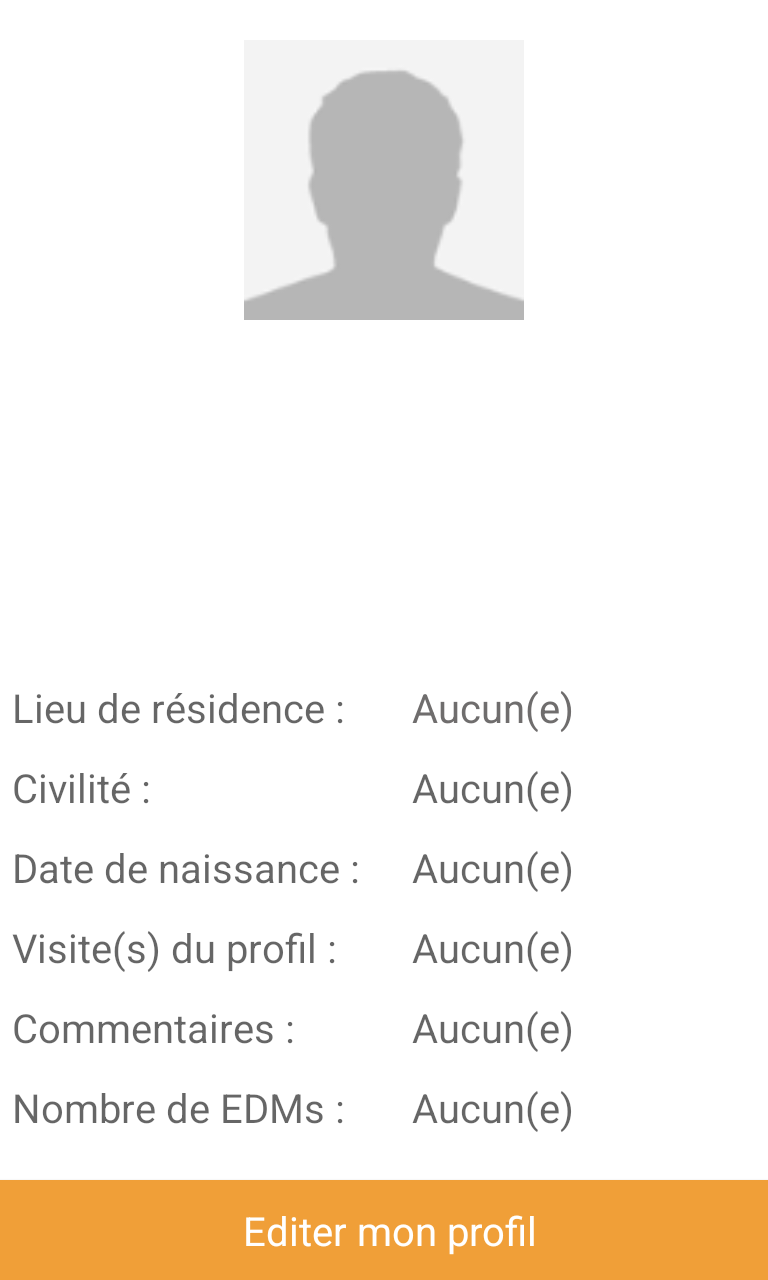
Repository: pierrealexvezinet/excusedemerde
Layout: edm/res/layout/account_fragment.xml
An editor plug-in stored every save of this project. The layout is shown before and after the next save, followed by the edit.
It is drawn on a 768 x 1280 px phone screen (xhdpi) without system bars, with theme Theme.AppCompat.Light; the app's code is not run.

Above is the layout before, as saved 2014-02-15 18:32:22.

### edm/res/layout/account_fragment.xml
<?xml version="1.0" encoding="utf-8"?>


    <RelativeLayout xmlns:android="http://schemas.android.com/apk/res/android"
        android:id="@+id/llt_login"
        android:layout_width="wrap_content"
        android:layout_height="wrap_content"
        android:layout_gravity="center"
        android:layout_marginTop="0dp"
        android:background="@color/white"
        android:orientation="vertical"
        android:scrollbars="none" >

        <RelativeLayout
            android:id="@+id/llt_photo"
            android:layout_width="match_parent"
            android:layout_height="wrap_content"
            android:layout_marginTop="0dp"
            android:background="@color/white"
            android:orientation="vertical" >

            <ImageView
                android:id="@+id/imgv_user_photo"
                android:layout_width="match_parent"
                android:layout_marginTop="20dp"
                android:layout_height="140dp"
                android:layout_alignParentTop="true"
                android:layout_centerHorizontal="true"
                android:contentDescription="@string/user_photo"
                android:src="@drawable/avatar" />

        </RelativeLayout>

        <LinearLayout
            android:id="@+id/llt_infos_user"
            android:layout_width="match_parent"
            android:layout_height="290dp"
            android:layout_marginBottom="10dp"
               android:layout_alignParentBottom="true"
            android:background="@color/white"
            android:orientation="vertical" >

            <RelativeLayout
                android:id="@+id/llt_residence"
                android:layout_width="wrap_content"
                android:layout_height="wrap_content"
                android:layout_gravity="center"
                android:background="@color/edm_blue_background"
                android:orientation="vertical" >

                <TextView
                    android:id="@+id/tv_residence"
                    android:layout_width="200dp"
                    android:layout_height="40dp"
                    android:background="#FFFFFF"
                    android:ems="10"
                    android:hint="@string/lieu_residence_user"
                    android:minHeight="?android:attr/listPreferredItemHeight"
                    android:paddingLeft="6dip"
                    android:textAppearance="?android:attr/textAppearanceLarge"
                    android:textColor="@color/edm_grey_solid"
                    android:textSize="20sp" />

                <TextView
                    android:id="@+id/tv_residence_result"
                    android:layout_width="200dp"
                    android:layout_height="40dp"
                    android:layout_toRightOf="@id/tv_residence"
                    android:background="#FFFFFF"
                    android:ems="10"
                    android:text="@string/non_renseigne"
                    android:hint="@string/non_renseigne"
                    android:minHeight="?android:attr/listPreferredItemHeight"
                    android:paddingLeft="6dip"
                    android:textAppearance="?android:attr/textAppearanceLarge"
                    android:textColor="@color/edm_grey_solid"
                    android:textSize="20sp" />
            </RelativeLayout>

            <RelativeLayout
                android:id="@+id/llt_civilite"
                android:layout_width="wrap_content"
                android:layout_height="wrap_content"
                android:layout_gravity="center"
                android:background="@color/edm_blue_background"
                android:orientation="vertical" >

                <TextView
                    android:id="@+id/tv_civilite"
                    android:layout_width="200dp"
                    android:layout_height="40dp"
                    android:background="#FFFFFF"
                    android:ems="10"
                    android:hint="@string/civilite_user"
                    android:minHeight="?android:attr/listPreferredItemHeight"
                    android:paddingLeft="6dip"
                    android:textAppearance="?android:attr/textAppearanceLarge"
                    android:textColor="@color/edm_grey_solid"
                    android:textSize="20sp" />

                <TextView
                    android:id="@+id/tv_civilite_result"
                    android:layout_width="200dp"
                    android:layout_height="40dp"
                    android:layout_toRightOf="@id/tv_civilite"
                    android:background="#FFFFFF"
                    android:ems="10"
                    android:hint="@string/non_renseigne"
                    android:minHeight="?android:attr/listPreferredItemHeight"
                    android:paddingLeft="6dip"
                    android:textAppearance="?android:attr/textAppearanceLarge"
                    android:textColor="@color/edm_grey_solid"
                    android:textSize="20sp" />
            </RelativeLayout>

            <RelativeLayout
                android:id="@+id/llt_date_naissance"
                android:layout_width="wrap_content"
                android:layout_height="wrap_content"
                android:layout_gravity="center"
                android:background="@color/edm_blue_background"
                android:orientation="vertical" >

                <TextView
                    android:id="@+id/tv_date_naissance"
                    android:layout_width="200dp"
                    android:layout_height="40dp"
                    android:background="#FFFFFF"
                    android:ems="10"
                    android:hint="@string/date_naissance_user"
                    android:minHeight="?android:attr/listPreferredItemHeight"
                    android:paddingLeft="6dip"
                    android:textAppearance="?android:attr/textAppearanceLarge"
                    android:textColor="@color/edm_grey_solid"
                    android:textSize="20sp" />

                <TextView
                    android:id="@+id/tv_date_naissance_result"
                    android:layout_width="200dp"
                    android:layout_height="40dp"
                    android:layout_toRightOf="@id/tv_date_naissance"
                    android:background="#FFFFFF"
                    android:ems="10"
                    android:hint="@string/non_renseigne"
                    android:minHeight="?android:attr/listPreferredItemHeight"
                    android:paddingLeft="6dip"
                    android:textAppearance="?android:attr/textAppearanceLarge"
                    android:textColor="@color/edm_grey_solid"
                    android:textSize="20sp" />
            </RelativeLayout>

            <RelativeLayout
                android:id="@+id/llt_visites_profil"
                android:layout_width="wrap_content"
                android:layout_height="wrap_content"
                android:layout_gravity="center"
                android:background="@color/edm_blue_background"
                android:orientation="vertical" >

                <TextView
                    android:id="@+id/tv_visites_profil"
                    android:layout_width="200dp"
                    android:layout_height="40dp"
                    android:background="#FFFFFF"
                    android:ems="10"
                    android:hint="@string/visite_du_profil_user"
                    android:minHeight="?android:attr/listPreferredItemHeight"
                    android:paddingLeft="6dip"
                    android:textAppearance="?android:attr/textAppearanceLarge"
                    android:textColor="@color/edm_grey_solid"
                    android:textSize="20sp" />

                <TextView
                    android:id="@+id/tv_visites_profil_result"
                    android:layout_width="200dp"
                    android:layout_height="40dp"
                    android:layout_toRightOf="@id/tv_visites_profil"
                    android:background="#FFFFFF"
                    android:ems="10"
                    android:hint="@string/non_renseigne"
                    android:minHeight="?android:attr/listPreferredItemHeight"
                    android:paddingLeft="6dip"
                    android:textAppearance="?android:attr/textAppearanceLarge"
                    android:textColor="@color/edm_grey_solid"
                    android:textSize="20sp" />
            </RelativeLayout>

            <RelativeLayout
                android:id="@+id/llt_nb_commentaires"
                android:layout_width="wrap_content"
                android:layout_height="wrap_content"
                android:layout_gravity="center"
                android:background="@color/edm_blue_background"
                android:orientation="vertical" >

                <TextView
                    android:id="@+id/tv_nb_commentaires"
                    android:layout_width="200dp"
                    android:layout_height="40dp"
                    android:background="#FFFFFF"
                    android:ems="10"
                    android:hint="@string/nb_commentaire_user"
                    android:minHeight="?android:attr/listPreferredItemHeight"
                    android:paddingLeft="6dip"
                    android:textAppearance="?android:attr/textAppearanceLarge"
                    android:textColor="@color/edm_grey_solid"
                    android:textSize="20sp" />

                <TextView
                    android:id="@+id/tv_nb_commentaires_result"
                    android:layout_width="200dp"
                    android:layout_height="40dp"
                    android:layout_toRightOf="@id/tv_nb_commentaires"
                    android:background="#FFFFFF"
                    android:ems="10"
                    android:hint="@string/non_renseigne"
                    android:minHeight="?android:attr/listPreferredItemHeight"
                    android:paddingLeft="6dip"
                    android:textAppearance="?android:attr/textAppearanceLarge"
                    android:textColor="@color/edm_grey_solid"
                    android:textSize="20sp" />
            </RelativeLayout>

            <RelativeLayout
                android:id="@+id/llt_nb_edm"
                android:layout_width="wrap_content"
                android:layout_height="wrap_content"
                android:layout_gravity="center"
                android:background="@color/edm_blue_background"
                android:orientation="vertical" >

                <TextView
                    android:id="@+id/tv_nb_edm"
                    android:layout_width="200dp"
                    android:layout_height="40dp"
                    android:background="#FFFFFF"
                    android:ems="10"
                    android:hint="@string/nb_edms_user"
                    android:minHeight="?android:attr/listPreferredItemHeight"
                    android:paddingLeft="6dip"
                    android:textAppearance="?android:attr/textAppearanceLarge"
                    android:textColor="@color/edm_grey_solid"
                    android:textSize="20sp" />

                <TextView
                    android:id="@+id/tv_nb_edm_result"
                    android:layout_width="200dp"
                    android:layout_height="40dp"
                    android:layout_toRightOf="@id/tv_nb_edm"
                    android:background="#FFFFFF"
                    android:ems="10"
                    android:hint="@string/non_renseigne"
                    android:minHeight="?android:attr/listPreferredItemHeight"
                    android:paddingLeft="6dip"
                    android:textAppearance="?android:attr/textAppearanceLarge"
                    android:textColor="@color/edm_grey_solid"
                    android:textSize="20sp" />
            </RelativeLayout>
        </LinearLayout>


    <Button
        android:id="@+id/bt_user_edit_profil"
        android:layout_width="match_parent"
        android:layout_height="50dp"
        android:layout_alignParentBottom="true"
        android:layout_alignParentLeft="true"
        android:background="#F09F38"
        android:hint="@string/connexion_edm"
        android:minHeight="?android:attr/listPreferredItemHeight"
        android:paddingLeft="6dip"
        android:text="@string/editer_profil"
        android:textAppearance="?android:attr/textAppearanceLarge"
        android:textColor="#FFFFFF"
        android:textSize="20sp" />

</RelativeLayout>

### edm/res/values/colors.xml
<?xml version="1.0" encoding="utf-8"?>
<resources>

    <color name="edm_blue_background" >#AAD2E9</color>
    <color name="edm_blue_dark_background">#368ABA</color>
    <color name="btn_accueil_color">#D98E20</color>
    <color name="btn_forum_color">#97AC72</color>
    <color name="btn_shopping_color">#EA877B</color>
    <color name="btn_account_color">#D0AEC6</color>
    <color name="btn_pipotek_color">#C6CAFB</color>
    <color name="btn_parametres_color">#B877D6</color>


    <color name="bg_start">#000000</color>
    <color name="bg_end">#293436</color>
    <color name="bg_mentions_start">#529d07</color>
    <color name="bg_mentions_end">#d3ff00</color>
    <color name="bg">#FFF</color>
    <color name="bg_dialog">#adadad</color>
    <color name="catalog_titlebar_background">#60ab21</color>
    <color name="reduction_titlebar_background">#60ab21</color>
    <color name="menu_background">#FFF</color>
    <color name="menu_background_selected">#888</color>
    <color name="bg_selectedcell">#3C3A3A</color>
    <color name="bt_text">#352a26</color>
    <color name="text_info">#999999</color>
    <color name="text_green">#ADCB10</color>
    <color name="text_black">#000000</color>
    <color name="text_lightgrey">#989898</color>
    <color name="text_grey">#888888</color>
    <color name="blanc">#FFFFFF</color>
    <color name="white">#FFFFFF</color>
    <color name="debug">#33FF0000</color>
    <color name="debug2">#3300FF00</color>
    <color name="translucent_black">#AA000000</color>
    <color name="transparent">#00000000</color>
    <color name="pink">#D3007E</color>
    <color name="red">#F00</color>
    <color name="background">#88000000</color>
    <color name="pense_bete_text">#000000</color>
    <color name="my_list_parent_text">#181947</color>
    <color name="edm_green">#83af0b</color>
    <color name="edm_green_tap">#9eca32</color>
    <color name="edm_green_translucent">#CC83af0b</color>
    <color name="edm_green_translucent_tap">#CC9eca32</color>
    <color name="edm_pink">#cb0081</color>
    <color name="edm_pink_tap">#FF82C6</color>
    <color name="edm_pink_translucent">#CCcb0081</color>
    <color name="edm_pink_translucent_tap">#CCFF82C6</color>
    <color name="edm_white_translucent">#CCFFFFFF</color>
    <color name="edm_black_translucent">#CC000000</color>
    <color name="edm_grey_solid">#6f6d6d</color>
    <color name="edm_orange">#ff6c00</color>
    <color name="edm_light_orange">#ff912C</color>
    <color name="edm_white_cream">#efeae8</color>
    <color name="edm_cream_button">#f2eeec</color>
    <color name="edm_light_grey">#ccc2be</color>
    <color name="edm_black">#181947</color>
    <color name="edm_dark_grey">#a5918a</color>
    <color name="edm_dark_grey_translucent">#CCa5918a</color>
    <color name="edm_button_gray_text">#a5918a</color>
    <color name="edm_button_gray_background">#CCefeae8</color>
    <color name="edm_button_gray_deactivated_text">#efeae8</color>
    <color name="edm_button_gray_deactivated_background">#CCffffff</color>

</resources>

### edm/res/values/strings.xml
<?xml version="1.0" encoding="utf-8"?>
<resources>

    <!-- EDM GENERAL -->
    <string name="app_name">Excuse de merde</string>
    <string name="action_settings">Settings</string>
    <string name="drawer_open">Drawer ouvert</string>
    <string name="drawer_closed">Drawer fermé</string>
    <string name="ac_refresh">Refresh</string>

    <!-- EDM ALERT DIALOG PARAMETRES MES EDMS -->
    <string name="title_alert_dialog_retour_accueil">Information</string>
    <string name="button_valid_retour_accueil">Retourner à l\'accueil</string>
    <string name="message_aucunes_edms_utilisateur">Vous n\'avez pas d\'EDMs.</string>
    <string name="message_pas_connecte_voir_edms">Vous devez être connécté pour voir vos EDMs.</string>

    <!-- EDM ALERT DIALOG EDM FRAGMENT ACTIVITY CONNECTE POUR POSTER EDM -->
    <string name="title_alert_dialog_retour_to_post_edm">Attention</string>
    <string name="button_connect_me">Me connecter !</string>
    <string name="message_pas_connecte">Vous devez être connecté pour pouvoir poster des EDMs.</string>

    <!-- EDM MES EDMS -->
    <string name="app_name_mes_edms">Mes EDMs</string>

    <!-- EDM CLASSEMENT TOP TEN DES MYTHOS -->
    <string name="app_name_top_ten_des_mythos">Top 10 des mythos</string>

    <!-- EDM PROGRESS BAR -->
    <string name="chargement_en_cours">Chargement en cours</string>
    <string name="merci_de_patienter">Merci de patienter</string>

    <!-- EDM AUTHENTICATION -->
    <string name="app_name_authentication">Authentification</string>

    <!-- EDM ACCUEIL -->
    <string name="app_name_accueil">Accueil</string>

    <!-- EDM POSTER EDM -->
    <string name="app_name_poster_edm">Poster une EDM</string>
    <string name="poster_edm_bt">Poster une EDM</string>
    <string name="text_edm_to_post">Votre EDM se tape ici ...</string>
    <string name="text_edm_posted_with_succes">Votre EDM a été postée avec succès</string>

    <!-- EDM ACCOUNT -->
    <string name="lieu_residence_user">Lieu de résidence :</string>
    <string name="civilite_user">Civilité :</string>
    <string name="date_naissance_user">Date de naissance :</string>
    <string name="visite_du_profil_user">Visite(s) du profil :</string>
    <string name="nb_commentaire_user">Commentaires :</string>
    <string name="nb_edms_user">Nombre de EDMs :</string>
    <string name="ma_photo">Ma photo :</string>
    <string name="non_renseigne">Aucun(e)</string>
    <string name="editer_profil">Editer mon profil</string>
    <string name="user_photo">user photo</string>

    <!-- EDM ROI DES MYTHOS -->
    <string name="app_name_roi_des_mythos">Roi des mythos</string>
    <string name="afficher_profil_roi_des_mythos">Afficher le profil</string>
    <string name="user_ne_souhaite_pas_partager_son_profil">Cet utilisateur n\'a pas souhaité partager les informations le concernant.</string>
    <string name="profil_user_hidden">Profil utlisateur caché</string>

    <!-- EDM EDIT ACCOUNT -->
    <string name="app_name_edition_profil">Edition profil</string>
    <string name="edit_civilite_user">Civilite</string>
    <string name="edit_date_de_naissance_user">Date de naissance</string>
    <string name="edit_ville_user">Résidence</string>
    <string name="edit_statut_user">Statut</string>
    <string name="edit_pays_user">Pays</string>
    <string name="edit_fuseau_user">user photo</string>
    <string name="edit_a_propos_user">A propos</string>
    <string name="edit_changer_photo_user">Avatar</string>
    <string name="edit_cacher_profil_user">Cacher Profil</string>
    <string name="valider_edition_edm">Valider</string>
    <string name="profil_mis_a_jour">Votre profil a correctement été mis à jour</string>

    <!-- EDM MENU DRAWER -->
    <string name="app_name_account">Mon Compte</string>
    <string name="drawer_menu_item_accueil">Accueil</string>
    <string name="drawer_menu_item_Forum">Forum</string>
    <string name="drawer_menu_item_Boutique">Boutique</string>
    <string name="drawer_menu_item_mon_compte">Mon compte</string>
    <string name="drawer_menu_item_pipotek">Pipotek</string>
    <string name="drawer_menu_item_parametres">Paramètres</string>

    <!-- EDM GENERAL -->


    <!-- EDM LOGIN -->
    <string name="pseudo_edm">Pseudo</string>
    <string name="password_edm">Mot de passe</string>
    <string name="remind_me_edm">Se souvenir de moi</string>
    <string name="connexion_edm">Connexion</string>

    <!-- EDM PARAMETRES -->
    <string name="app_name_parameters">Plus</string>
    <string name="mon_compte">MON COMPTE</string>
    <string name="forum">FORUM</string>
    <string name="boutique">BOUTIQUE</string>
    <string name="luminosite">LUMINOSITE</string>
    <string name="deconnexion">DECONNEXION</string>

    <!-- QUITTER EDM -->

    <string name="warning">Attention</string>
    <string name="quitt_edm_application">Souhaitez-vous vraiment quitter EDM ?</string>

</resources>

After the next save:
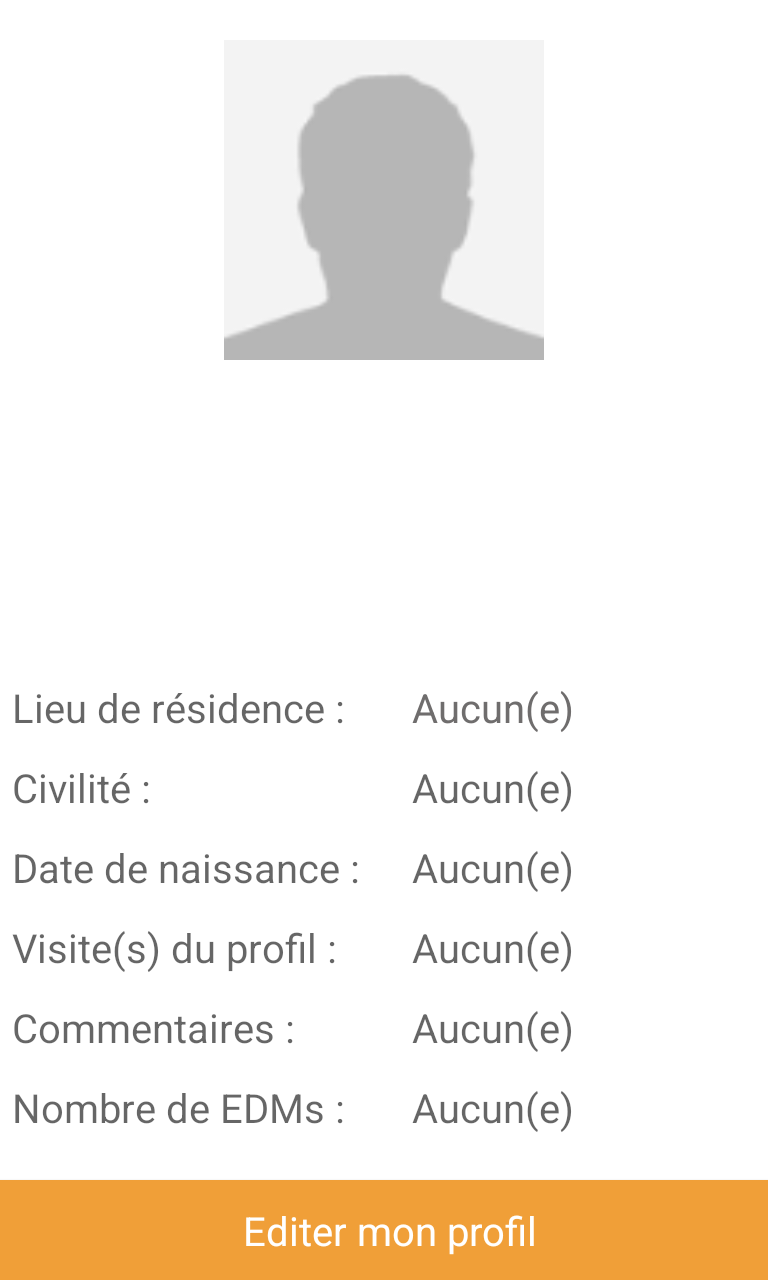
Saved 6 s later.
--- a/edm/res/layout/account_fragment.xml
+++ b/edm/res/layout/account_fragment.xml
@@ -23,7 +23,7 @@
                 android:id="@+id/imgv_user_photo"
                 android:layout_width="match_parent"
                 android:layout_marginTop="20dp"
-                android:layout_height="140dp"
+                android:layout_height="160dp"
                 android:layout_alignParentTop="true"
                 android:layout_centerHorizontal="true"
                 android:contentDescription="@string/user_photo"
